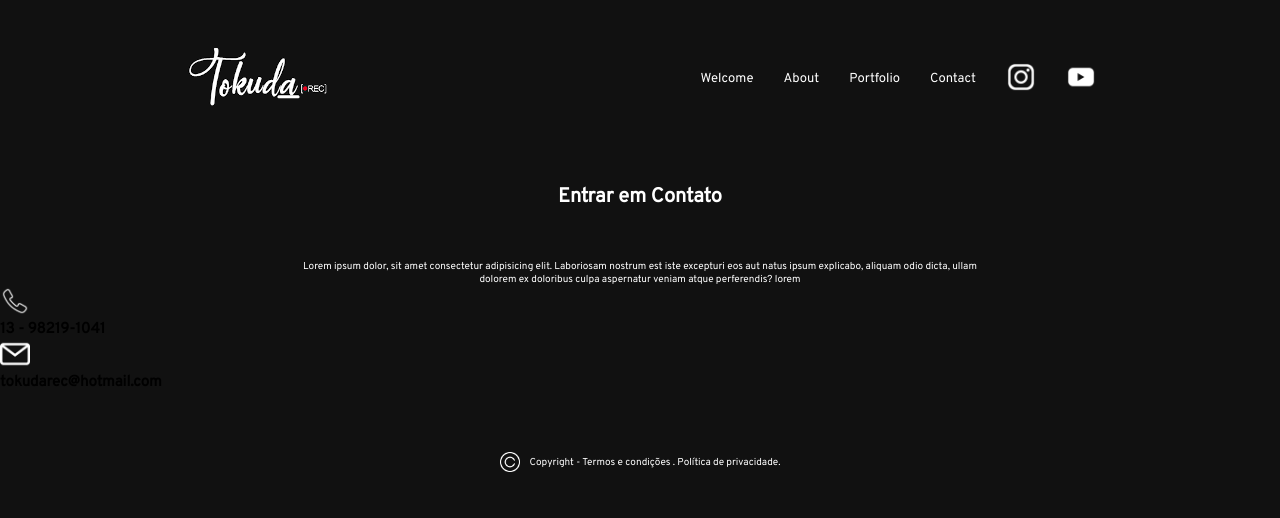
Repository: Lucasbeze/Project-FilmMaker
Page: projeto-alex/pages/contact.html
An editor plug-in stored every save of this project. The page is shown before and after the next save, followed by the edit.
The browser window is 1280 px wide. The pictures show the whole page.

Above is the page before, as saved 2022-08-26 16:16:42.

### projeto-alex/pages/contact.html
<!DOCTYPE html>
<html lang="pt-br">
<head>
  <meta charset="UTF-8">
  <meta http-equiv="X-UA-Compatible" content="IE=edge">
  <meta name="viewport" content="width=device-width, initial-scale=1.0">
  <title>Contact</title>
  <link rel="stylesheet" href="/css/contact.css">
  <link rel="shortcut icon" href="../imagens/faviconlogo.png" type="image/x-icon">
</head>
<body>
  <header>
    <a href="/"><img src="../imagens/logonovo.png" alt="logo-alextokuda"></a>
    <nav>
      <a href="/">Welcome</a>
      <a href="/about">About</a>
      <a href="/portfolio">Portfolio</a>
      <a href="/contact">Contact</a>
      <a href="https://www.instagram.com/" target="_blank"><img src="../imagens/instagram.png" alt="icon-instagram"></a>
      <a href="https://www.youtube.com/" target="_blank"><img src="../imagens/youtube.png" alt="icon-youtube"></a>
    </nav>
  </header>
  <main>
    <div class="legend">
      <h1>Entrar em Contato</h1>
      <p>Lorem ipsum dolor, sit amet consectetur adipisicing elit. Laboriosam nostrum est iste excepturi eos aut natus ipsum explicabo, aliquam odio dicta, ullam dolorem ex doloribus culpa aspernatur veniam atque perferendis? lorem</p>
    </div>
    <div class="tel">
      <img src="../imagens/telefone (1).png" alt="icon-telefone">
      <h2>13 - 98219-1041</h2>
    </div>
    <div class="email">
      <img src="../imagens/o-email.png" alt="">
      <h2>tokudarec@hotmail.com</h2>
    </div>
  </main>
  <footer>
    <img src="../imagens/copyright.png" alt="copyright-icon">
    <p>Copyright - Termos e condições . Política de privacidade. </p>
  </footer>

### projeto-alex/css/contact.css
@import url('https://fonts.googleapis.com/css2?family=Overpass&display=swap');

*{
  margin:0;
  padding:0;
  box-sizing:border-box;
}
:root {
  --main-bg-color:#111111;
  --text-color:#FFFFFF;
  --ff-text:'Overpass', sans-serif;
  --color-button: #D9D9D9;
  --color-butttonh:#afafaf ;
  font-size: 62.5%;
}
body{
  background-color:var(--main-bg-color);
  font-family:'Overpass', sans-serif;;
}
header{
  margin-top: 4.4rem;
  display: flex;
  align-items: center;
  justify-content: space-around;

}
header nav{
  font-size: 1.3rem;
  display: flex;
  align-items:center;
  gap: 30px;
}
header nav a {
  text-decoration: none;
  color:var(--text-color);
}
header nav img {
  width: 30px;
}
main .legend{
  color: var(--text-color);
  margin-top: 7rem;
  display: flex;
  text-align: center;
  flex-direction: column;
  align-items: center;
  gap: 5rem;
}
.legend h1 {
  font-size: 2rem;
}
.legend p {
  margin: 0 30rem;
  font-size:1rem;
}
main .tel img{
  color: var(--text-color);
  width: 30px;
}
main .email img {
  width:30px;
}
footer{
  margin-top: 6rem;
  display:flex;
  align-items: center;
  justify-content: center;
  align-content: center;
  gap: 1rem;
  color: var(--text-color);
}
footer img{
  width:20px;
}

After the next save:
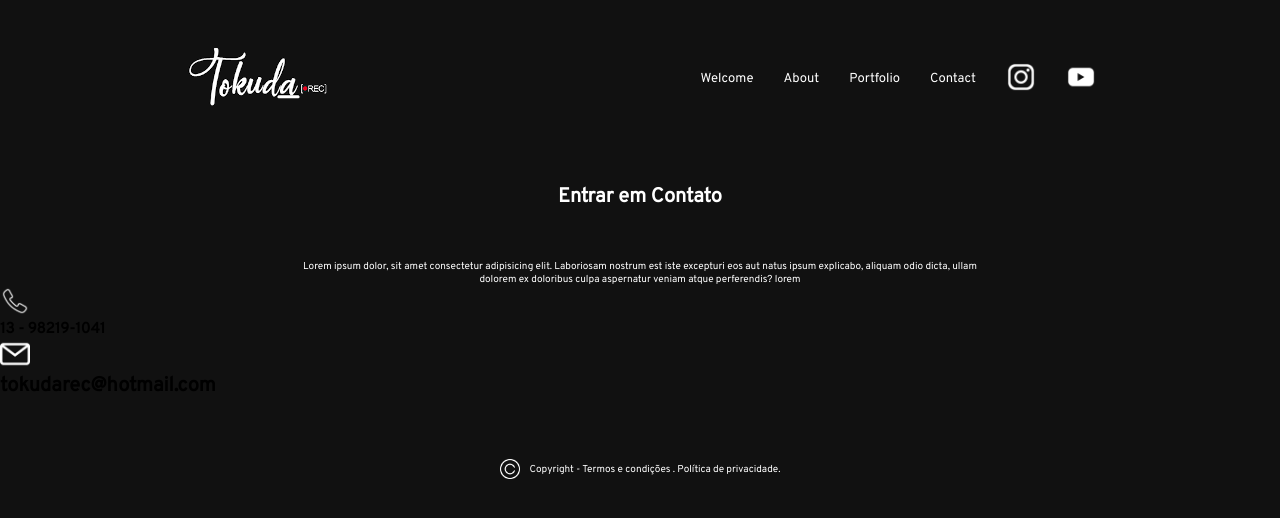
Saved 9 s later.
--- a/projeto-alex/pages/contact.html
+++ b/projeto-alex/pages/contact.html
@@ -31,7 +31,7 @@
     </div>
     <div class="email">
       <img src="../imagens/o-email.png" alt="">
-      <h2>tokudarec@hotmail.com</h2>
+      <h1>tokudarec@hotmail.com</h1>
     </div>
   </main>
   <footer>
